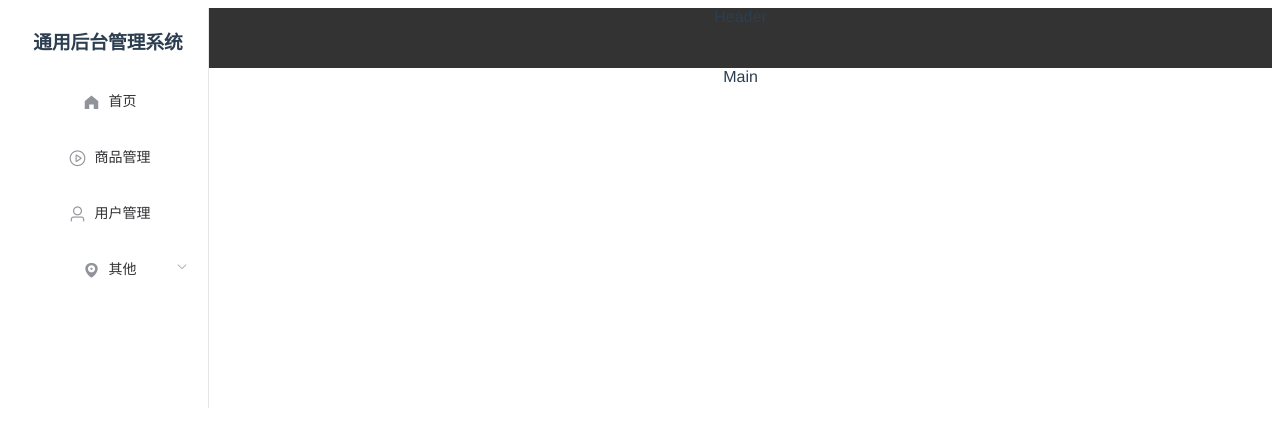
Repository: 385841539/VueStudy
Page: / (app in vue_cli/)
The author's editor kept a copy of each file at every save. The page is drawn from the files as they stood at one save, then again after the next save.
The browser window is 1280 px wide. The pictures show the whole page.
The project was rebuilt for these pictures with package versions that can differ from the ones it lists, and the page was loaded fresh each time. Also part of the build but not shown: vue_cli/vue.config.js.

Above is the page before, as saved 2022-01-12 16:32:20.

After the next save:
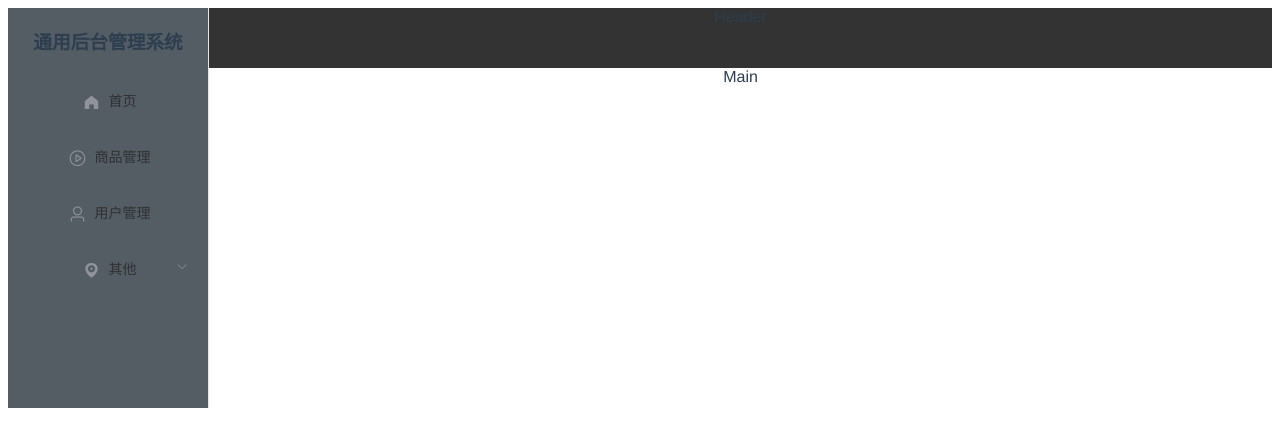
Saved 79 s later.
--- a/vue_cli/src/components/CommonAside.vue
+++ b/vue_cli/src/components/CommonAside.vue
@@ -4,6 +4,7 @@
     @open="handleOpen"
     @close="handleClose"
     :collapse="isCollapse"
+    background-color="#545c64"
   >
     <h3>通用后台管理系统</h3>
     <el-menu-item
